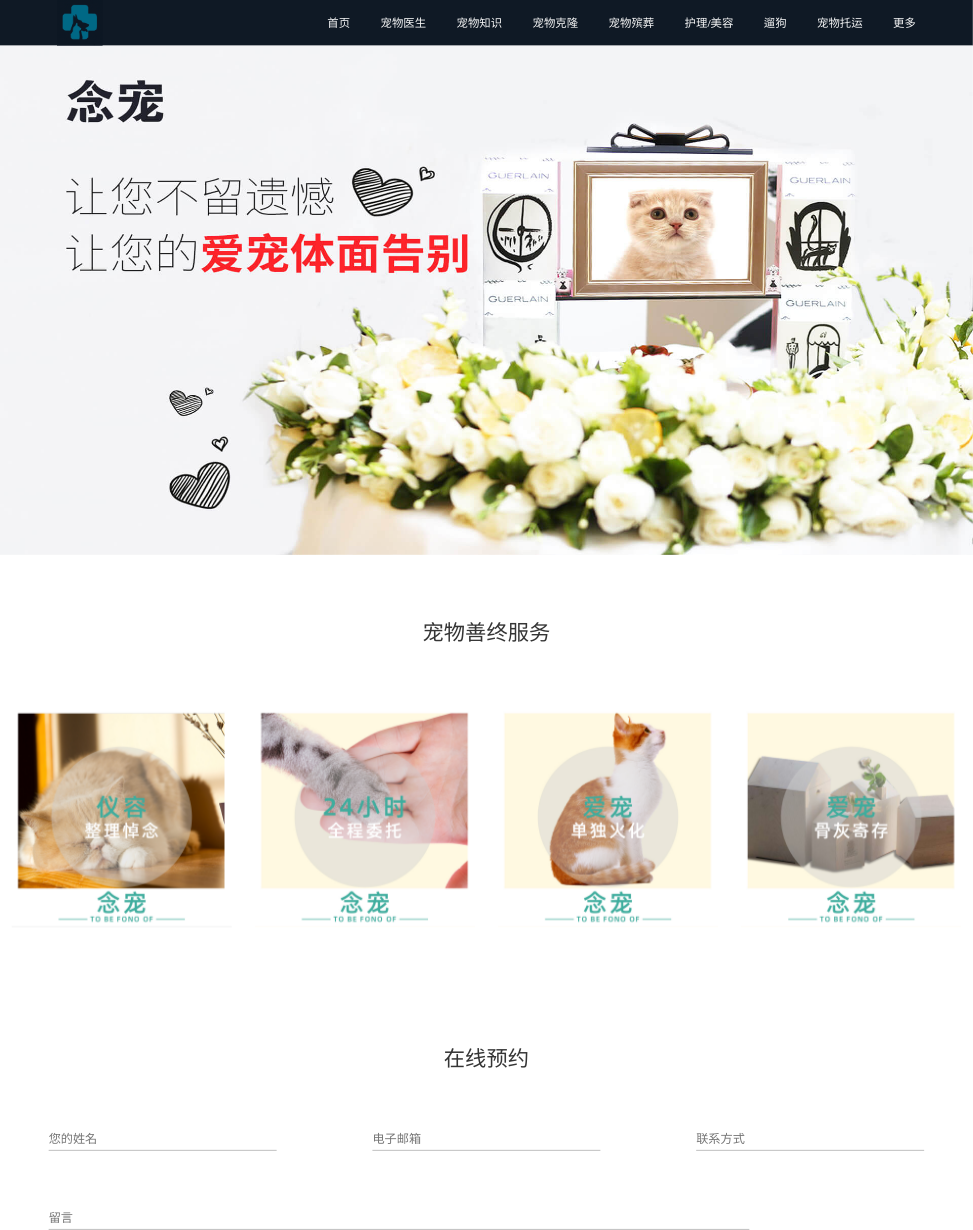
Repository: Sharang-heng/pet-hospital
Page: /petFuneral
The author's editor kept a copy of each file at every save. The page is drawn from the files as they stood at one save, then again after the next save.
The browser window is 1280 px wide. The pictures show the whole page, at 76% of full size.
The project was rebuilt for these pictures with package versions that can differ from the ones it lists, and the page was loaded fresh each time. Also part of the build but not shown: vue.config.js, src/components/home_short.vue, src/views/HomePage.vue, src/components/footer.vue, src/views/counsel.vue, src/views/doctor.vue, src/views/knowledge.vue, src/views/clone.vue and 10 more. Imported but missing from the stored project, and not drawn on this page: src/assets/video/homepage.mp4.

Above is the page before, as saved 2021-01-13 14:04:57.

After the next save:
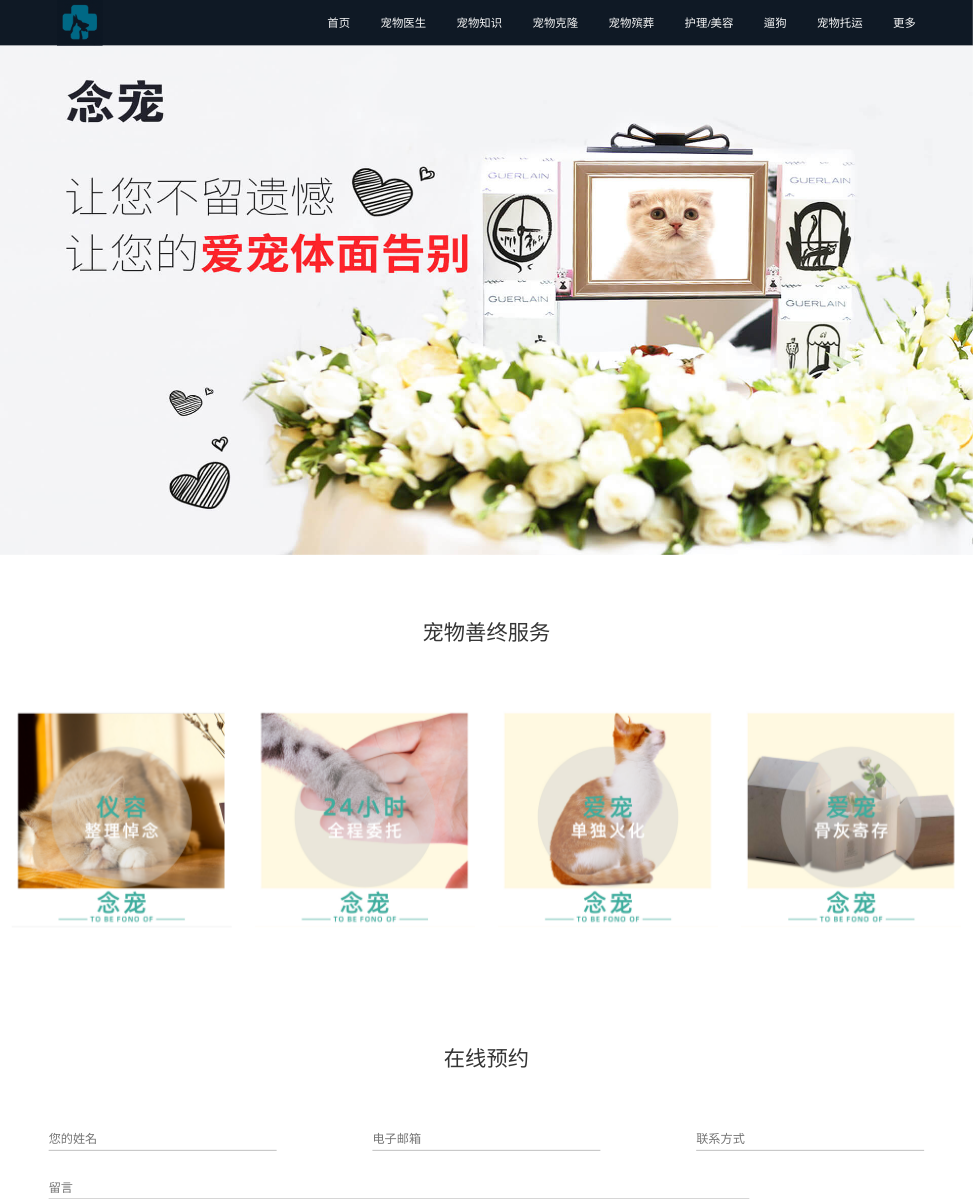
Saved 7 s later.
--- a/src/views/petFuneral.vue
+++ b/src/views/petFuneral.vue
@@ -134,7 +134,7 @@
     }
     .area_container {
       padding: 0 5%;
-      margin: 80px 0 0 0;
+      margin: 40px 0 0 0;
       .input_area {
         width: 80%;
         border: none;
